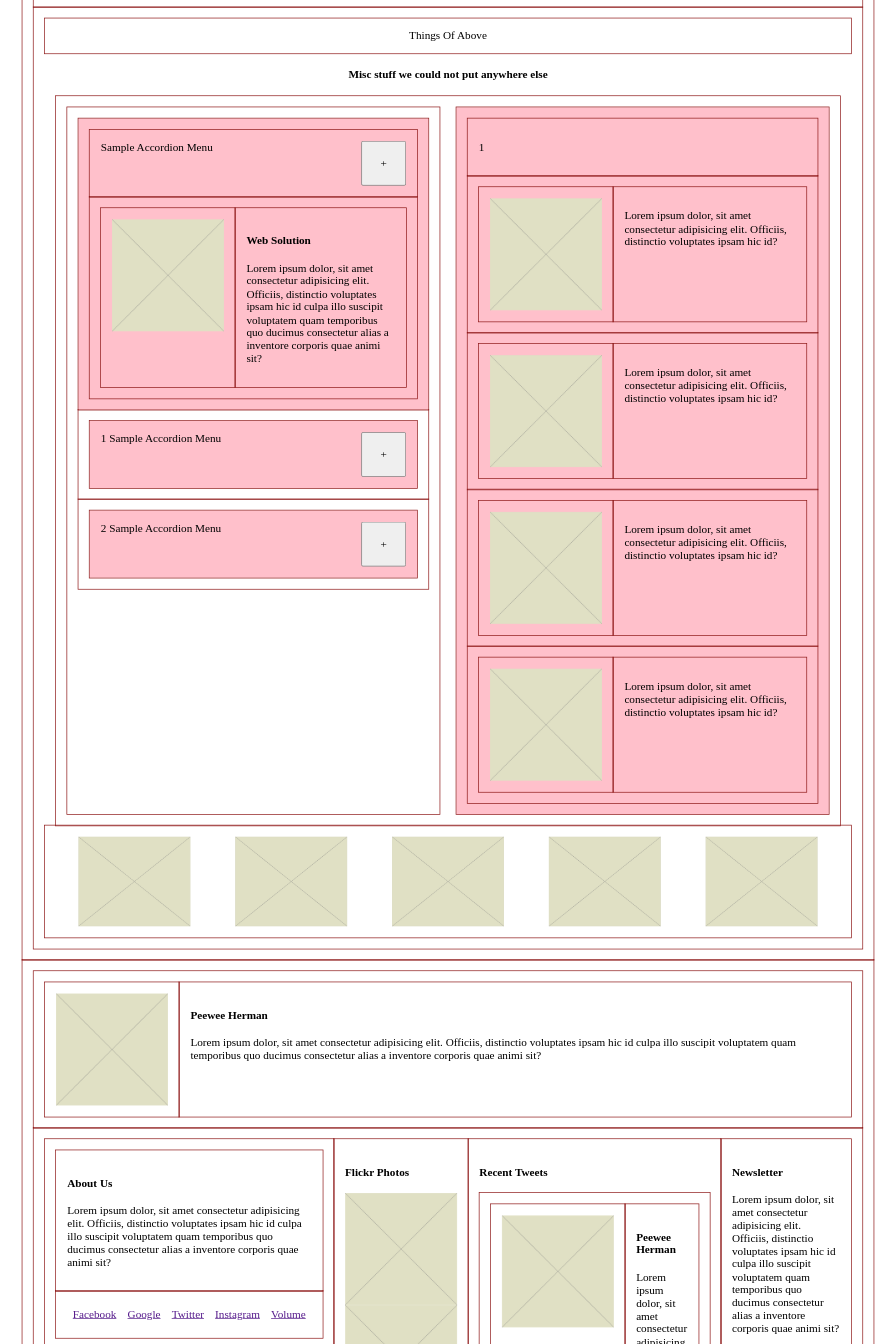
Repository: kionale/Project1_Lab3_ResponsiveLayout
Page: index.html
These files come from the project's save history. The page is drawn as it stood at one moment and after the next save; the edit follows.
The browser window is 1280 px wide. The pictures show the part of the page from y = 3766 to 5686 px (the page is 6789 px tall before and 6482 px after), at 70% of full size.

Above is the page before, as saved 2023-01-31 17:04:58.

### index.html
<!doctype html>
<html class="no-js" lang="">

<head>
  <meta charset="utf-8">
  <title></title>
  <meta name="description" content="">
  <meta name="viewport" content="width=device-width, initial-scale=1">

  <meta property="og:title" content="">
  <meta property="og:type" content="">
  <meta property="og:url" content="">
  <meta property="og:image" content="">

  <link rel="manifest" href="site.webmanifest">
  <link rel="apple-touch-icon" href="icon.png">
  <!-- Place favicon.ico in the root directory -->

  <link rel="stylesheet" href="css/normalize.css">
  <link rel="stylesheet" href="css/main.css">

  <meta name="theme-color" content="#fafafa">
</head>


<body class="page page-home">
  <header class="header page__header">
    <div class="row">
      <h1>Metrolics</h1>
      <a href=""><img src="img/placeholder.png"></a>
      <nav class="navbar-links">
        <ul>
          <a href="#">
            <li>Home</li>
          </a>
          <a href="">
            <li>Home</li>
          </a>
          <a href="">
            <li>Pages</li>
          </a>
          <a href="">
            <li>Blog</li>
          </a>
          <a href="">
            <li>Portfolio</li>
          </a>
          <a href="">
            <li>Home</li>
          </a>
        </ul>
      </nav>
    </div>

  </header>

  <div class="page__slider">
    <div class="row slides">
      <img src="img/placeholder.png" alt="">
    </div>
  </div>
  </div>

  <div class="page__intro">
    <h1 class="header page__heading">
      Hey guys! This is the <span>Metrolics</span> theme.<br>
      It sports a responsive layout with a mobile layout.
    </h1>
    <div class="subheading page_subheading">
      <h3>
        Things That We do
      </h3>
      <h5>Ask us what we can do for you</h5>

    </div>
    <div class="feature__service">
      <div class="row m-col-2 l-col-4">
        <div class="col">
          <img class="feature__servic__images" src="img/placeholder.png" alt="">
          <h4 class="heading feature__servic__title">Web Solution</h4>
          <p class="feature__servic__content">
            bbbhhha
          </p>
        </div>
        <div class="col">
          <img class="feature__servic__images" src="img/placeholder.png" alt="">
          <h4 class="heading feature__servic__title"></h4>
          <p class="feature__servic__content">
            bbbhhha
          </p>
        </div>
        <div class="col">
          <img class="feature__servic__images" src="img/placeholder.png" alt="">
          <h4 class="heading feature__servic__title"></h4>
          <p class="feature__servic__content">
            bbbhhha
          </p>
        </div>
        <div class="col">
          <img class="feature__servic__images" src="img/placeholder.png" alt="">
          <h4 class="heading feature__servic__title"></h4>
          <p class="feature__servic__content">
            bbbhhha
          </p>
        </div>


      </div>
    </div>
  </div>

  <!-- Main content starts here -->
  <main class="page__main">
    <section class="recent__work">
      <header class="header post__header">What's up lately?</header>
      <h4 class="subheading">Read up on our latest work</h4>
      <div class="row m-col-2 l-col-3">
        <div class="col">
          <div>
            <img src="img/placeholder.png" alt="">
            <header class="header recent__work__title">Sample image post</header><br>
            <p>Photography</p>
          </div>
        </div>
        <div class="col">
          <div>
            <img src="img/placeholder.png" alt="">
            <header class="header recent__work__title">Sample image post</header><br>
            <p>Photography</p>
          </div>
        </div>
        <div class="col">
          <div>
            <img src="" alt="">
            <header class="header recent__work__title">Sample image post</header><br>
            <p>Photography</p>
          </div>
        </div>
        <div class="col">
          <div>
            <img src="img/placeholder.png" alt="">
            <header class="header recent__work__title">Sample image post</header><br>
            <p>Photography</p>
          </div>
        </div>
      </div>
    </section>
    <!-- Our Latest Projests -->
    <section class="latest__projects">
      <header class="header latest__projects__header">Our Latest Projects</header>
      <h4 class="subheading">Client happy? We are happy</h4>
      <div class="row m-col-2 l-col-3">
        <div class="col">
          <div>
            <img src="img/placeholder.png" alt="">
            <header class="header latest__project__image">1 Sample image post</header><br>
            <p>1 Photography</p>
          </div>
        </div>
        <div class="col">
          <div>
            <img src="img/placeholder.png" alt="">
            <header class="header latest__project__image">2 Sample image post</header><br>
            <p>2 Photography</p>
          </div>
        </div>
        <div class="col">
          <div>
            <img src="img/placeholder.png" alt="">
            <header class="header latest__project__image">3 Sample image post</header><br>
            <p>3 Photography</p>
          </div>
        </div>
        <div class="col">
          <div>
            <img src="img/placeholder.png" alt="">
            <header class="header latest__project__image">4 Sample image post</header><br>
            <p>4 Photography</p>
          </div>
        </div>
        <div class="col">
          <div>
            <img src="img/placeholder.png" alt="">
            <header class="header latest__project__image">5 Sample image post</header><br>
            <p>5 Photography</p>
          </div>
        </div>
        <div class="col">
          <div>
            <img src="img/placeholder.png" alt="">
            <header class="header latest__project__image">6 Sample image post</header><br>
            <p>6 Photography</p>
          </div>
        </div>
      </div>
    </section>
    <!--Things of Above-->
    <section class="things__of__above">
      <header class="header things__header">Things of above</header>
      <h4 class="subheading">Misc stuff we could not put anywhere else</h4>
      <div class="row m-col-2 l-col-3">
        <div>
          <div class="col">
            <div class="sample__menu things_above_image">Sample Accordion Menu
              <button>+</button>
            </div>
            <div class="web__solution">
              <div>
                <img src="img/placeholder.png" alt="">
              </div>
              <div>
                <h4>Web Solution</h4>
                <p>Lorem ipsum dolor, sit amet consectetur adipisicing elit. Officiis, distinctio voluptates ipsam hic
                  id
                  culpa illo suscipit voluptatem quam temporibus quo ducimus consectetur alias a inventore corporis quae
                  animi sit?</p>
              </div>
            </div>
          </div>
          <div class="menu__button">
            <div class="col_two sample__menu things__above__image">1 Sample Accordion Menu
              <button>+</button>
            </div>
          </div>
          <div class="menu__button">
            <div class="col_two sample__menu things__above__image">2 Sample Accordion Menu
              <button>+</button>
            </div>
          </div>
        </div>
        <div class="col">
          <div class="tab__buttons">
           <p>1</p>
          </div>
          <div class="tab__information">
            <div>
              <img src="img/placeholder.png" alt="">
            </div>
            <div>
              <p>Lorem ipsum dolor, sit amet consectetur adipisicing elit. Officiis, distinctio voluptates ipsam hic
                id?</p>
            </div>
          </div>
          <div class="tab__information">
            <div>
              <img src="img/placeholder.png" alt="">
            </div>
            <div>
              <p>Lorem ipsum dolor, sit amet consectetur adipisicing elit. Officiis, distinctio voluptates ipsam hic
                id?</p>
            </div>
          </div>
          <div class="tab__information">
            <div>
              <img src="img/placeholder.png" alt="">
            </div>
            <div>
              <p>Lorem ipsum dolor, sit amet consectetur adipisicing elit. Officiis, distinctio voluptates ipsam hic
                id?</p>
            </div>
          </div>
          <div class="tab__information">
            <div>
              <img src="img/placeholder.png" alt="">
            </div>
            <div>
              <p>Lorem ipsum dolor, sit amet consectetur adipisicing elit. Officiis, distinctio voluptates ipsam hic
                id?</p>
            </div>
          </div>
        </div>
      </div>
      <!--Sponsors-->
      <div class="sponsors">
        <img src="img/placeholder.png" alt="" class="sponsors__icon">
        <img src="img/placeholder.png" alt="" class="sponsors__icon">
        <img src="img/placeholder.png" alt="" class="sponsors__icon">
        <img src="img/placeholder.png" alt="" class="sponsors__icon">
        <img src="img/placeholder.png" alt="" class="sponsors__icon">

    </section>
  </main>
  <!--Footer-->
  <footer>
    <div class="web__author">
      <div>
        <img src="img/placeholder.png" alt="">
      </div>
      <div>
        <h4>Peewee Herman</h4>
        <p>Lorem ipsum dolor, sit amet consectetur adipisicing elit. Officiis, distinctio voluptates ipsam hic
          id
          culpa illo suscipit voluptatem quam temporibus quo ducimus consectetur alias a inventore corporis quae
          animi sit?</p>
      </div>
    </div>
    <div class="footer__extras">
      <div>
        <div>
          <h4>About Us</h4>
          <p>Lorem ipsum dolor, sit amet consectetur adipisicing elit. Officiis, distinctio voluptates ipsam hic
            id
            culpa illo suscipit voluptatem quam temporibus quo ducimus consectetur alias a inventore corporis quae
            animi sit?</p>
        </div>
        <div class="social__link">
          <a href="" class="social__icon">
            <li>Facebook</li>
          </a>
          <a href="" class="social__icon">
            <li>Google</li>
          </a>
          <a href="" class="social__icon">
            <li>Twitter</li>
          </a>
          <a href="" class="social__icon">
            <li>Instagram</li>
          </a>
          <a href="" class="social__icon">
            <li>Volume</li>
          </a>
        </div>
      </div>

      <div>
        <h4>Flickr Photos</h4>
        <img src="img/placeholder.png" alt="">
        <img src="img/placeholder.png" alt="">
        <img src="img/placeholder.png" alt="">
        <img src="img/placeholder.png" alt="">
        <img src="img/placeholder.png" alt="">
        <img src="img/placeholder.png" alt="">
      </div>
      <div>
        <h4>Recent Tweets</h4>
        <div class="recent__tweets">
          <div>
            <img src="img/placeholder.png" alt="">
          </div>
          <div>
            <h4>Peewee Herman</h4>
            <p>Lorem ipsum dolor, sit amet consectetur adipisicing elit. Officiis, distinctio voluptates ipsam hic
              id
              culpa illo suscipit voluptatem quam temporibus quo ducimus consectetur alias a inventore corporis quae
              animi sit?</p>
          </div>
        </div>
        <div class="recent__tweets">
          <div>
            <img src="img/placeholder.png" alt="">
          </div>
          <div>
            <h4>Peewee Herman</h4>
            <p>Lorem ipsum dolor, sit amet consectetur adipisicing elit. Officiis, distinctio voluptates ipsam hic
              id
              culpa illo suscipit voluptatem quam temporibus quo ducimus consectetur alias a inventore corporis quae
              animi sit?</p>
          </div>
        </div>
      </div>
      <div>
        <h4>Newsletter</h4>
        <p>Lorem ipsum dolor, sit amet consectetur adipisicing elit. Officiis, distinctio voluptates ipsam hic
          id
          culpa illo suscipit voluptatem quam temporibus quo ducimus consectetur alias a inventore corporis quae
          animi sit?</p>
        <div class="col_two sample__menu things__above__image">Enter your email...
          <button>+</button>
        </div>
      </div>
    </div>
  </footer>


  <script src="js/vendor/modernizr-3.11.2.min.js"></script>
  <script src="js/plugins.js"></script>
  <script src="js/main.js"></script>

  <!-- Google Analytics: change UA-XXXXX-Y to be your site's ID. -->
  <script>
    window.ga = function () { ga.q.push(arguments) }; ga.q = []; ga.l = +new Date;
    ga('create', 'UA-XXXXX-Y', 'auto'); ga('set', 'anonymizeIp', true); ga('set', 'transport', 'beacon'); ga('send', 'pageview')
  </script>
  <script src="https://www.google-analytics.com/analytics.js" async></script>
</body>

</html>

### css/main.css
::-moz-selection {
  background: #b3d4fc;
  text-shadow: none;
}

::selection {
  background: #b3d4fc;
  text-shadow: none;
}

/*
 * A better looking default horizontal rule
 */

hr {
  display: block;
  height: 1px;
  border: 0;
  border-top: 1px solid #ccc;
  margin: 1em 0;
  padding: 0;
}

audio,
canvas,
iframe,
img,
svg,
video {
  vertical-align: middle;
}

/*
 * Remove default fieldset styles.
 */

fieldset {
  border: 0;
  margin: 0;
  padding: 0;
}

/*
 * Allow only vertical resizing of textareas.
 */

textarea {
  resize: vertical;
}

*,
*::before,
*::after {
  box-sizing: border-box;
}

div,
main,
section,
header,
footer {
  outline: 1px solid rgb(142, 24, 24);
  min-height: 1rem;
  padding: 1rem;
}

.page {
  margin: 0 auto;
  padding: 2rem;
}

.header {
  text-transform: capitalize;
  text-align: center;
}

.subheading {
  text-align: center;
}

ul,
li {
  padding: 0;
  margin: 0;
  list-style: none;
}

.row {
  display: grid;
  row-gap: 1rem;
}

.row_two {
  display: grid;
  row-gap: 1rem;
}

.col {
  position: relative;
  background-color: pink;
}

.col_two {
  background-color: pink;
  height: 6rem;
}

button {
  height: 4rem;
  width: 4rem;
}

/* medium screens and up  */
@media screen and (min-width: 40em) {
  .row {
    max-width: 70rem;
    column-gap: 1.5rem;
    row-gap: 1.5rem;
    margin: 0 auto;
  }



  .m-col-2 {
    grid-template-columns: 1fr 1fr;
  }

  .l-col-3 {
    grid-template-columns: (3, 1fr);
  }

}


.examples {
  display: flex;
  justify-content: space-around;
}

.sample__menu {
  display: flex;
  justify-content: space-between;
}

.web__solution {
  display: flex;
}

.web__author {
  display: flex;
}

.recent__tweets {
  display: flex;
}


.tab__information {
  display: flex;
}

.sponsors {
  display: flex;
  justify-content: space-around;
  height: 10rem;
}

.sponsors__icon {
  background-color: lightgray;
}

.social__link {
  display: flex;
}

.social__icon {
  margin: 0.5rem;
}

.footer__extras {
  display: flex;
  flex-direction: row;
}

img{
  width: 10rem;
}

### js/plugins.js
// Avoid `console` errors in browsers that lack a console.
(function() {
  var method;
  var noop = function () {};
  var methods = [
    'assert', 'clear', 'count', 'debug', 'dir', 'dirxml', 'error',
    'exception', 'group', 'groupCollapsed', 'groupEnd', 'info', 'log',
    'markTimeline', 'profile', 'profileEnd', 'table', 'time', 'timeEnd',
    'timeline', 'timelineEnd', 'timeStamp', 'trace', 'warn'
  ];
  var length = methods.length;
  var console = (window.console = window.console || {});

  while (length--) {
    method = methods[length];

    // Only stub undefined methods.
    if (!console[method]) {
      console[method] = noop;
    }
  }
}());

// Place any jQuery/helper plugins in here.

Loaded but not shown: css/normalize.css (library); js/vendor/modernizr-3.11.2.min.js (library); js/main.js (no stored copy; drawn as an empty file)

After the next save:
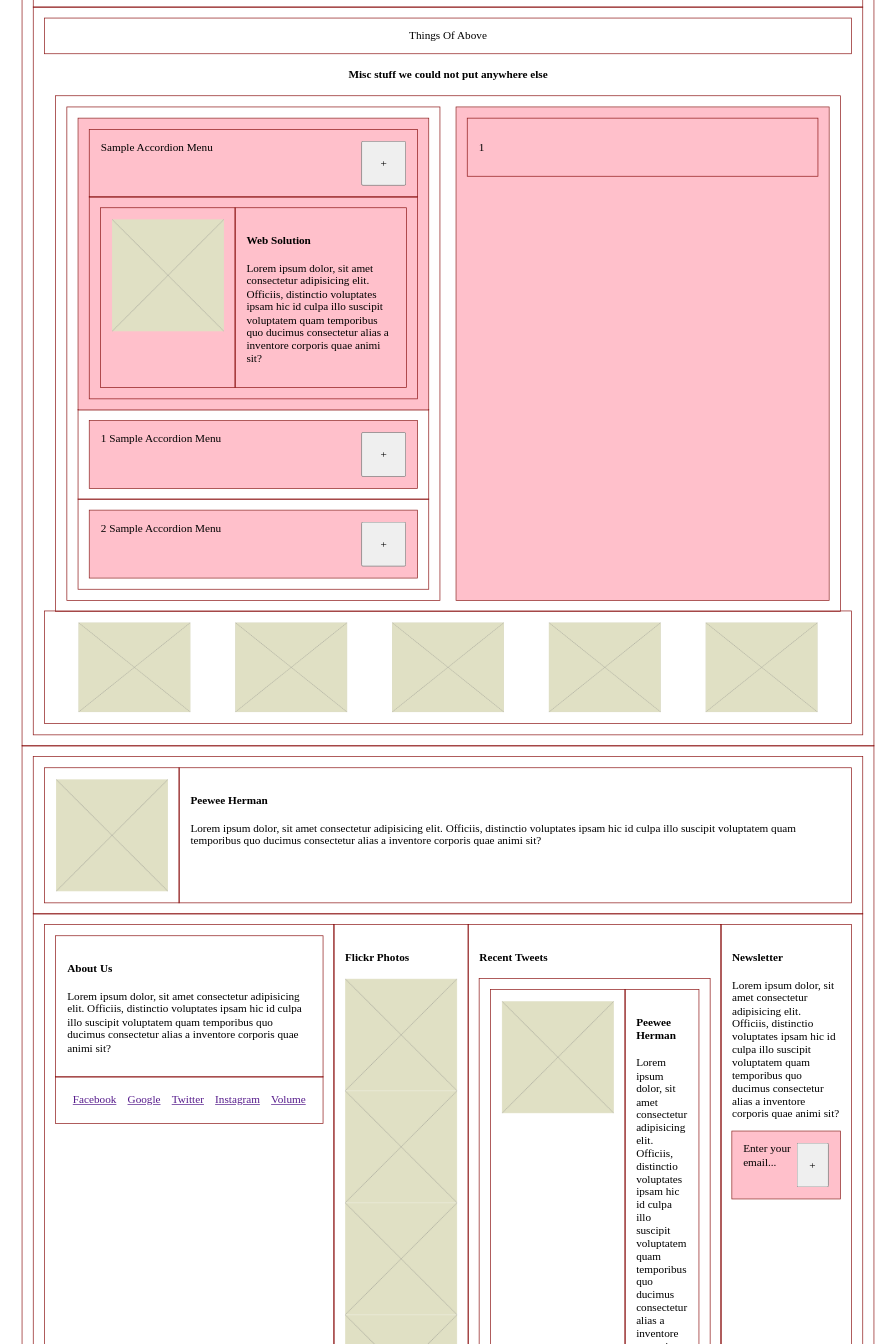
Saved 25 s later.
--- a/index.html
+++ b/index.html
@@ -232,41 +232,7 @@
           <div class="tab__buttons">
            <p>1</p>
           </div>
-          <div class="tab__information">
-            <div>
-              <img src="img/placeholder.png" alt="">
-            </div>
-            <div>
-              <p>Lorem ipsum dolor, sit amet consectetur adipisicing elit. Officiis, distinctio voluptates ipsam hic
-                id?</p>
-            </div>
-          </div>
-          <div class="tab__information">
-            <div>
-              <img src="img/placeholder.png" alt="">
-            </div>
-            <div>
-              <p>Lorem ipsum dolor, sit amet consectetur adipisicing elit. Officiis, distinctio voluptates ipsam hic
-                id?</p>
-            </div>
-          </div>
-          <div class="tab__information">
-            <div>
-              <img src="img/placeholder.png" alt="">
-            </div>
-            <div>
-              <p>Lorem ipsum dolor, sit amet consectetur adipisicing elit. Officiis, distinctio voluptates ipsam hic
-                id?</p>
-            </div>
-          </div>
-          <div class="tab__information">
-            <div>
-              <img src="img/placeholder.png" alt="">
-            </div>
-            <div>
-              <p>Lorem ipsum dolor, sit amet consectetur adipisicing elit. Officiis, distinctio voluptates ipsam hic
-                id?</p>
-            </div>
+
           </div>
         </div>
       </div>

After the save that followed:
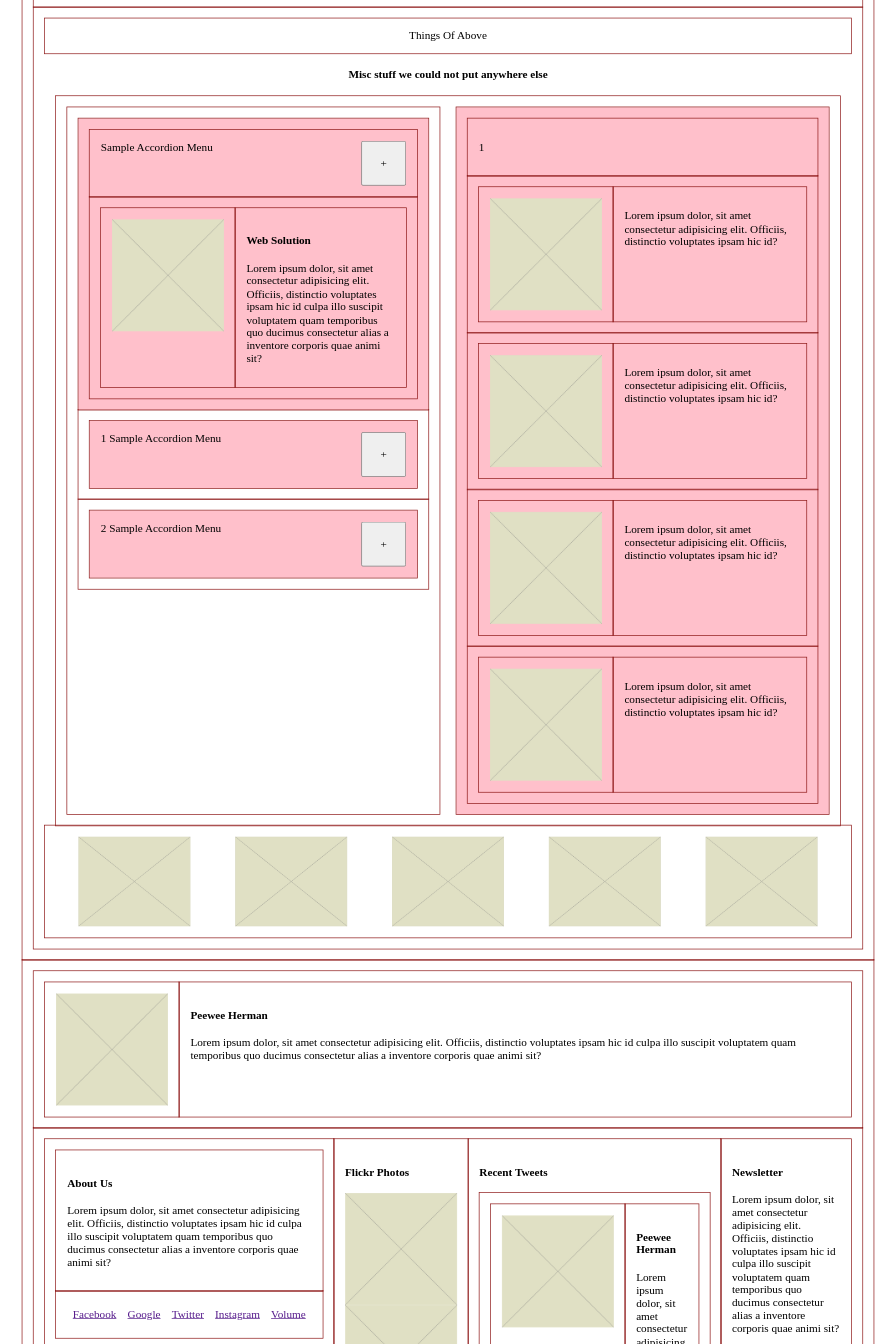
Saved 116 s later.
--- a/index.html
+++ b/index.html
@@ -232,7 +232,41 @@
           <div class="tab__buttons">
            <p>1</p>
           </div>
-
+          <div class="tab__information">
+            <div>
+              <img src="img/placeholder.png" alt="">
+            </div>
+            <div>
+              <p>Lorem ipsum dolor, sit amet consectetur adipisicing elit. Officiis, distinctio voluptates ipsam hic
+                id?</p>
+            </div>
+          </div>
+          <div class="tab__information">
+            <div>
+              <img src="img/placeholder.png" alt="">
+            </div>
+            <div>
+              <p>Lorem ipsum dolor, sit amet consectetur adipisicing elit. Officiis, distinctio voluptates ipsam hic
+                id?</p>
+            </div>
+          </div>
+          <div class="tab__information">
+            <div>
+              <img src="img/placeholder.png" alt="">
+            </div>
+            <div>
+              <p>Lorem ipsum dolor, sit amet consectetur adipisicing elit. Officiis, distinctio voluptates ipsam hic
+                id?</p>
+            </div>
+          </div>
+          <div class="tab__information">
+            <div>
+              <img src="img/placeholder.png" alt="">
+            </div>
+            <div>
+              <p>Lorem ipsum dolor, sit amet consectetur adipisicing elit. Officiis, distinctio voluptates ipsam hic
+                id?</p>
+            </div>
           </div>
         </div>
       </div>
